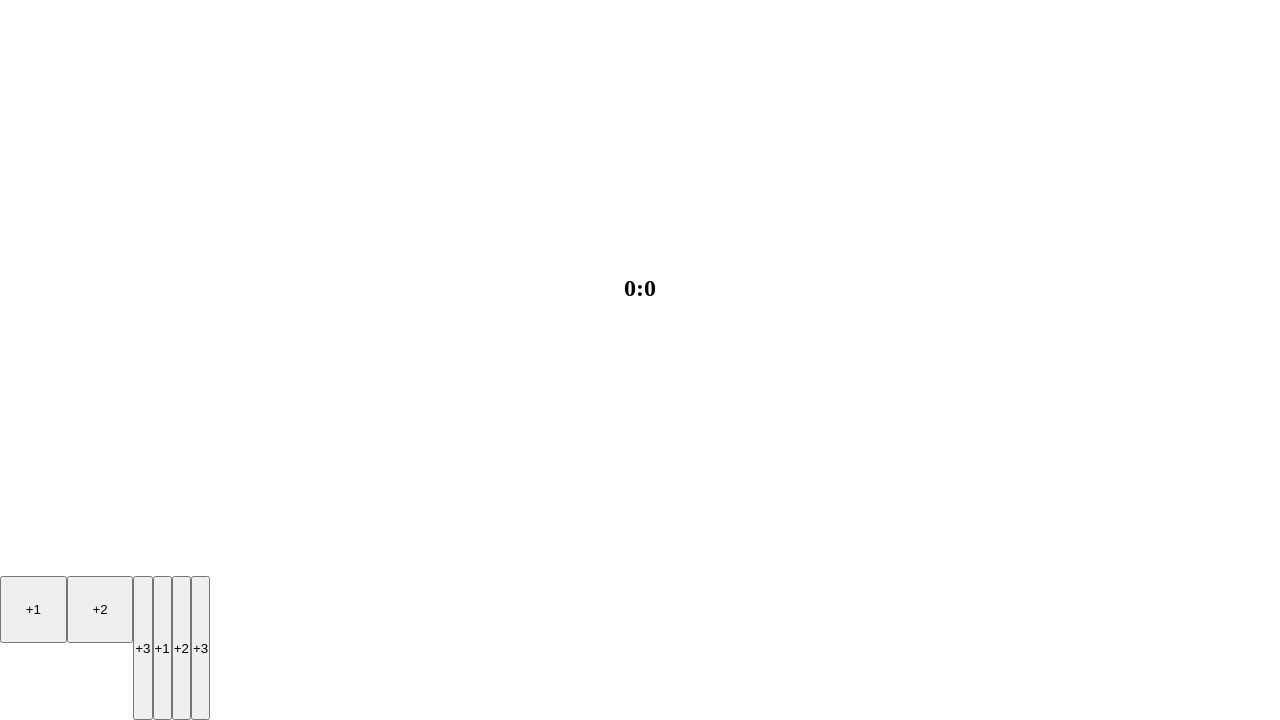
Repository: bollo89/scoreBoard
Page: index.html
An editor plug-in stored every save of this project. The page is shown before and after the next save, followed by the edit.
The browser window is 1280 px wide. The pictures show the whole page.

Above is the page before, as saved 2022-01-21 11:50:58.

### index.html
<!DOCTYPE html>
<html lang="en">
<head>
    <meta charset="UTF-8">
    <meta http-equiv="X-UA-Compatible" content="IE=edge">
    <meta name="viewport" content="width=device-width, initial-scale=1.0">
    <link rel="stylesheet" href="./style.css">
    <title>Document</title>
</head>
<body>
    <section class="score">
        <h1 class="home"></h1>
        <h1 class="colon">:</h1>
        <h1 class="away"></h1>
    </section>
    <section class="btns">
        <button class="btn1h">+1</button>
        <button class="btn2h">+2</button>
        <button class="btn3h">+3</button>

        <button class="btn1a">+1</button>
        <button class="btn2a">+2</button>
        <button class="btn3a">+3</button>
    </section>
<script src="./script.js"></script>
</body>
</html>

### style.css
* {
    margin: 0;
    padding: 0;
}
body {
     height: 100vh;
     width: 100vw;
}
.score {
    height: 80vh;
    display: flex;
    align-items: center;
    justify-content: center;
}
.btns {
    height: 20vh;
    width: 100vw;
    display: flex;
}
.btn1h , .btn2h {
    height: 5em;
    width: 5em;

    align-items: flex-start;
    justify-content: flex-start;
}
.btn3a {

    align-items: flex-end;
    justify-content: flex-end;
}

### script.js
let home = document.querySelector('.home');
let n = 0;
home.innerHTML = n;

let away = document.querySelector('.away');
let m = 0;
away.innerHTML = m;

let btn1h = document.querySelector('.btn1h');
let btn2h = document.querySelector('.btn2h');
let btn3h = document.querySelector('.btn3h');
let btn1a = document.querySelector('.btn1a');
let btn2a = document.querySelector('.btn2a');
let btn3a = document.querySelector('.btn3a');
//punkty po lewej
function score1home() {
    n+=1;
    home.innerHTML = n;
    console.log(n);
}
function score2home() {
    n+=2;
    home.innerHTML = n;
    console.log(n);
}
function score3home() {
    n+=3;
    home.innerHTML = n;
    console.log(n);
}
//punkty po prawej
function score1away() {
    m+=1;
    away.innerHTML = m;
    console.log(m);
}
function score2away() {
    m+=2;
    away.innerHTML = m;
    console.log(m);
}
function score3away() {
    m+=3;
    away.innerHTML = m;
    console.log(m);
}

//przyciskibtn1.addEventListener('click',score1home,false);
btn1h.addEventListener('click',score1home,false);
btn2h.addEventListener('click',score2home,false);
btn3h.addEventListener('click',score3home,false);
btn1a.addEventListener('click',score1away,false);
btn2a.addEventListener('click',score2away,false);
btn3a.addEventListener('click',score3away,false);

After the next save:
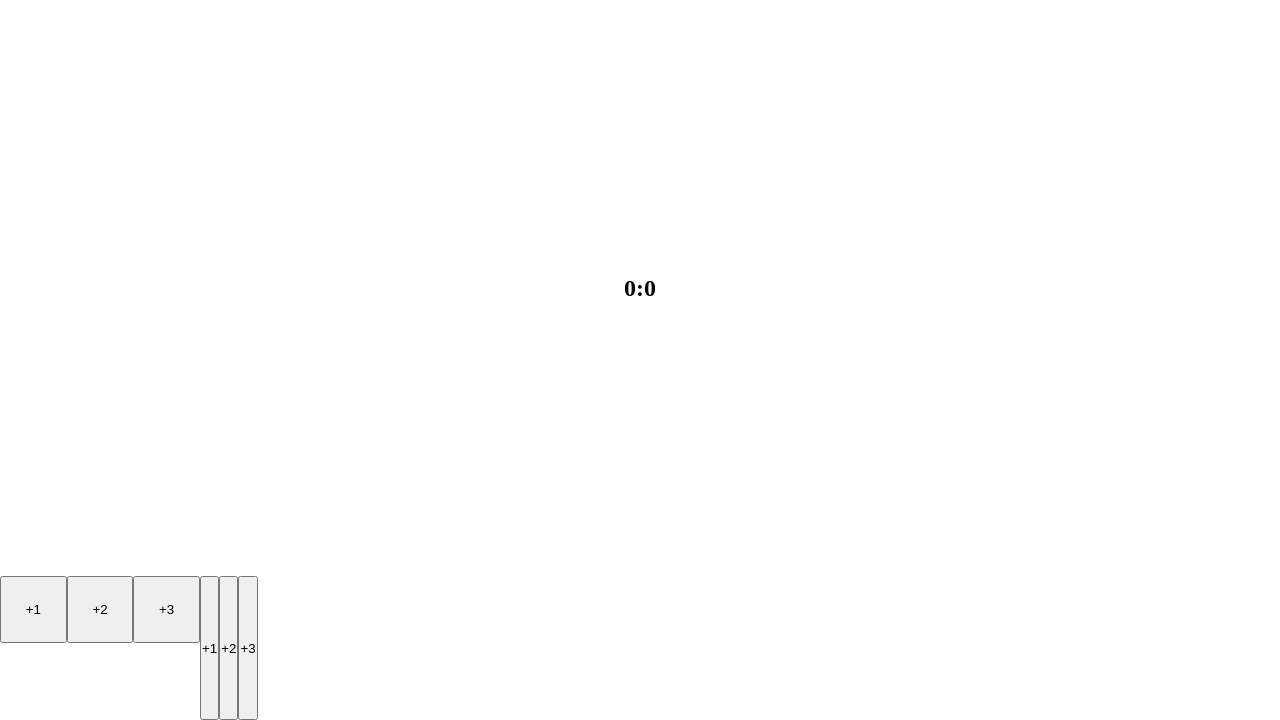
Saved 16 s later.
--- a/style.css
+++ b/style.css
@@ -17,7 +17,7 @@ body {
     width: 100vw;
     display: flex;
 }
-.btn1h , .btn2h {
+.btn1h , .btn2h , .btn3h {
     height: 5em;
     width: 5em;
 
